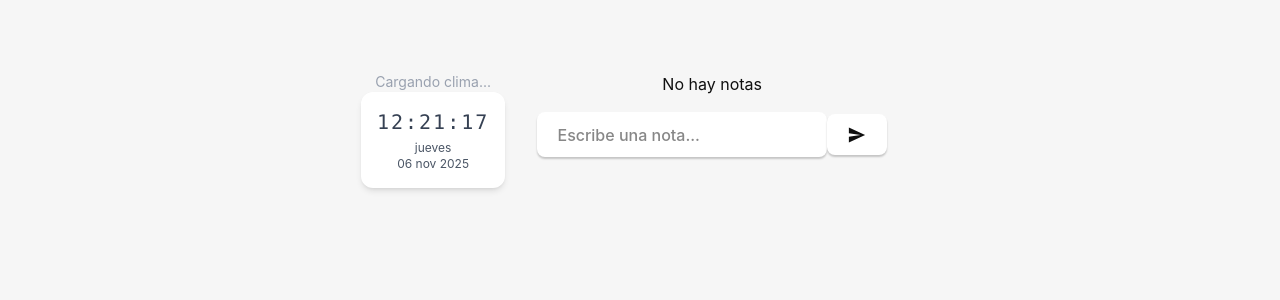
Repository: CodeByEvans/my-romantic-widget
Page: /
These files come from the project's save history. The page is drawn as it stood at one moment and after the next save; the edit follows.
The browser window is 1280 px wide. The pictures show the whole page.
The page's requests for data from a server got no answer. The project was rebuilt for these pictures with package versions that can differ from the ones it lists, and the page was loaded fresh each time. No one was signed in, and anything a server would have sent is missing. Also part of the build but not shown: vite.config.ts.

Above is the page before, as saved 2025-11-06 12:24:51.

After the next save:
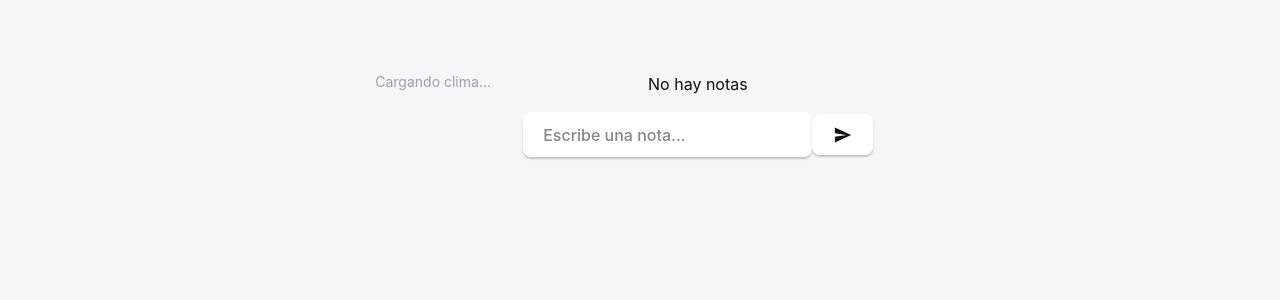
Saved 10 s later.
--- a/src/components/Clock.tsx
+++ b/src/components/Clock.tsx
@@ -22,13 +22,10 @@ export const Clock = () => {
     year: "numeric",
   });
 
-  return (
-    <div className="bg-white backdrop-blur-md rounded-xl shadow-md p-4 flex flex-col items-center justify-center min-w-[140px]">
-      <p className="text-xl font-mono tracking-widest text-gray-700">
-        {hours}:{minutes}:{seconds}
-      </p>
-      <p className="text-xs text-gray-600 mt-1">{day}</p>
-      <p className="text-xs text-gray-600">{date}</p>
-    </div>
-  );
+  <div className="bg-white/30 rounded-lg p-2 flex flex-col items-center text-gray-800">
+    <p className="text-lg font-mono">
+      {hours}:{minutes}:{seconds}
+    </p>
+    <p className="text-xs capitalize">{day}</p>
+  </div>;
 };
